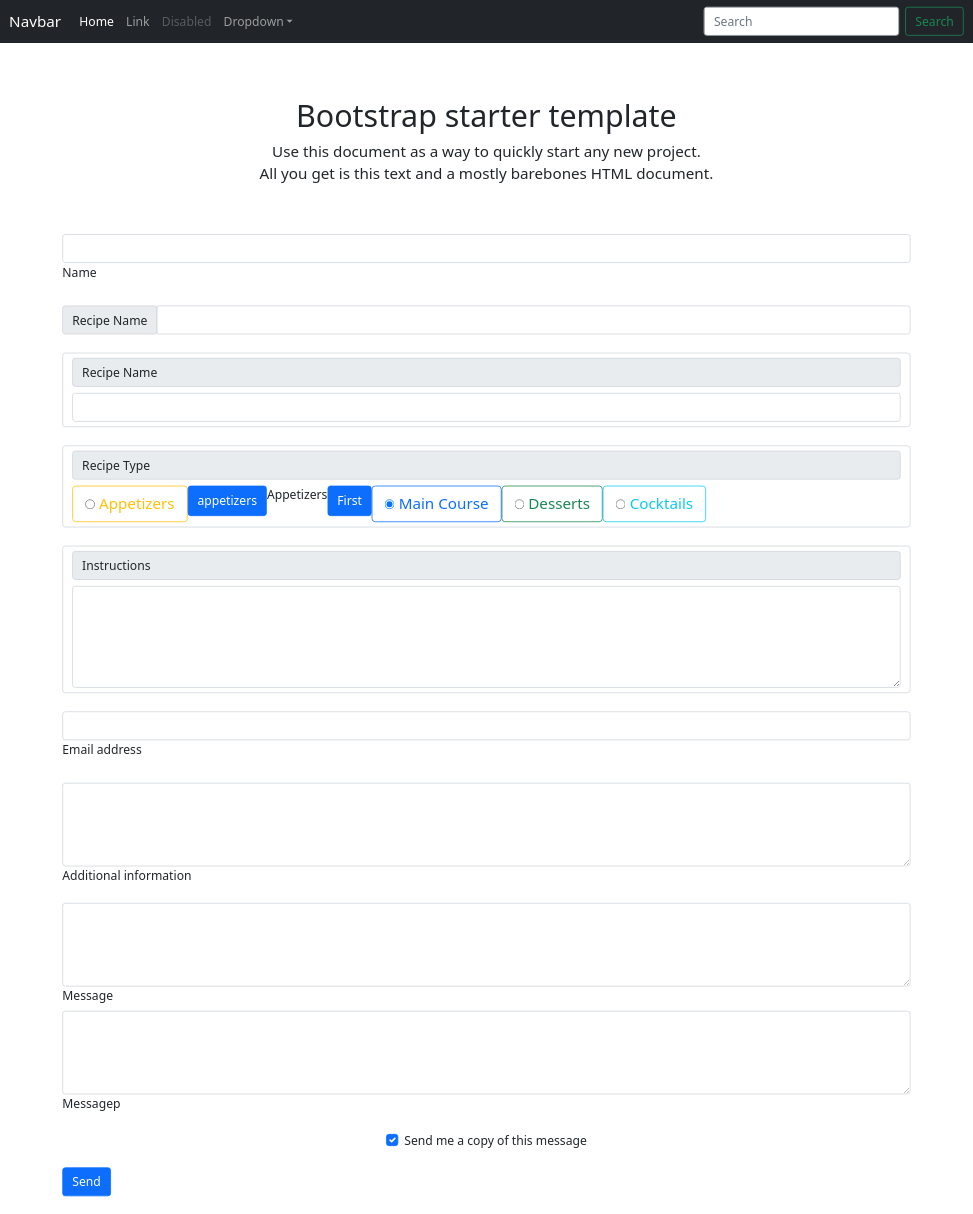
Repository: jerrywthompson/createRecipeWebpageHTML
Page: index.html
An editor plug-in stored every save of this project. The page is shown before and after the next save, followed by the edit.
The browser window is 1280 px wide. The pictures show the whole page, at 76% of full size.

Above is the page before, as saved 2021-02-23 22:51:51.

After the next save:
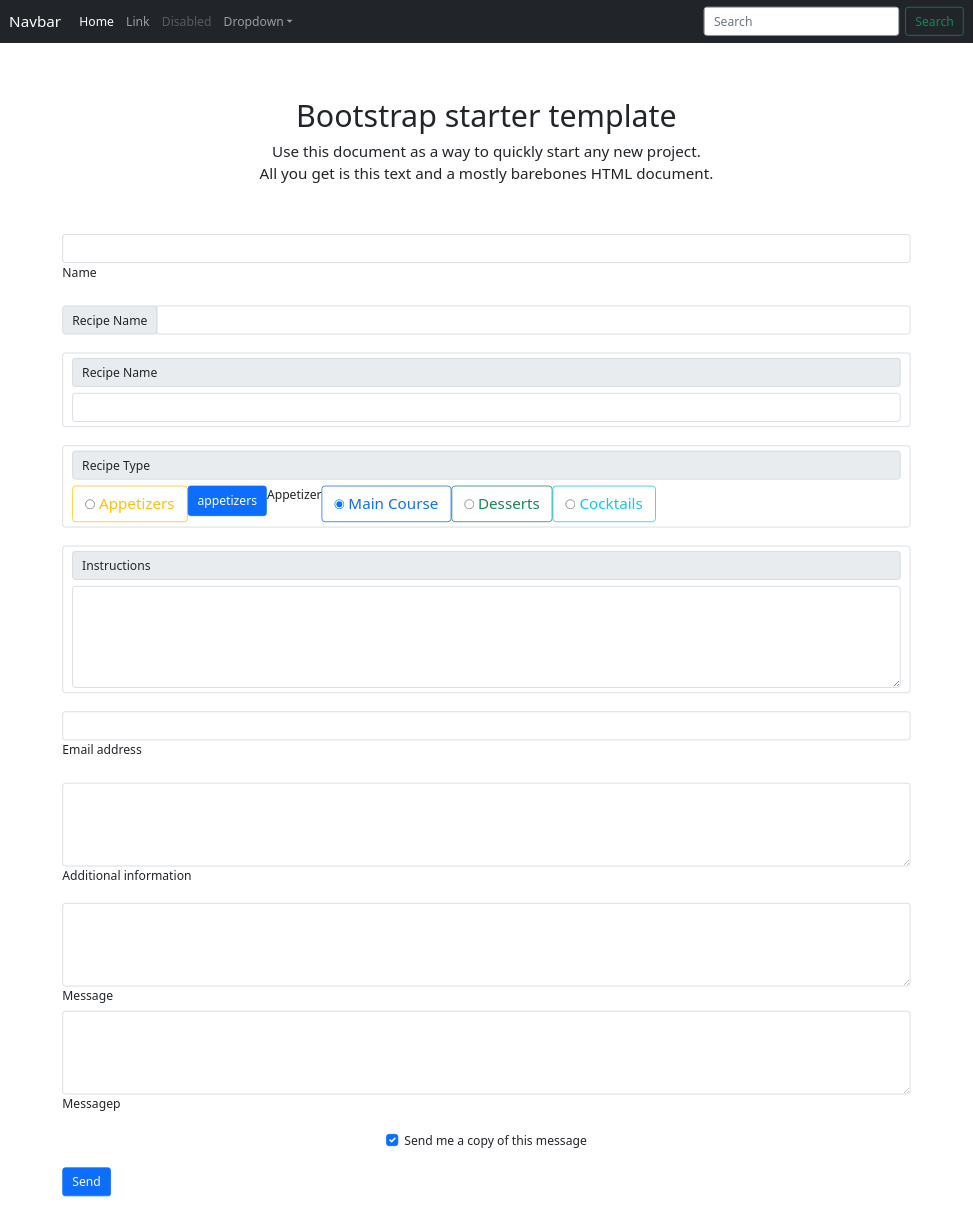
Saved 92 s later.
--- a/index.html
+++ b/index.html
@@ -111,8 +111,7 @@
                                 <label class="btn btn-outline-warning btn-lg">
                                     <input type="radio" name="recipeType" id="appetizers" value="appetizers" autocomplete="off" > Appetizers
                                 </label>
-                                <input type="button" name="recipeType" id="appetizers" value="appetizers" autocomplete="off" class="btn btn-primary mr-5 mb-2"> Appetizers
-                                <button type="button" class="btn btn-primary mr-2 mb-2">First</button>
+                                <input type="button" name="recipeType" id="appetizers" value="appetizers" autocomplete="off" class="btn btn-primary mr-5 ml-3 mb-2"> Appetizer
                                 <label class="btn btn-outline-primary btn-lg ml-3">
                                     <input type="radio" name="recipeType" id="main_course" value="main_course" autocomplete="off" checked> Main Course
                                 </label>
